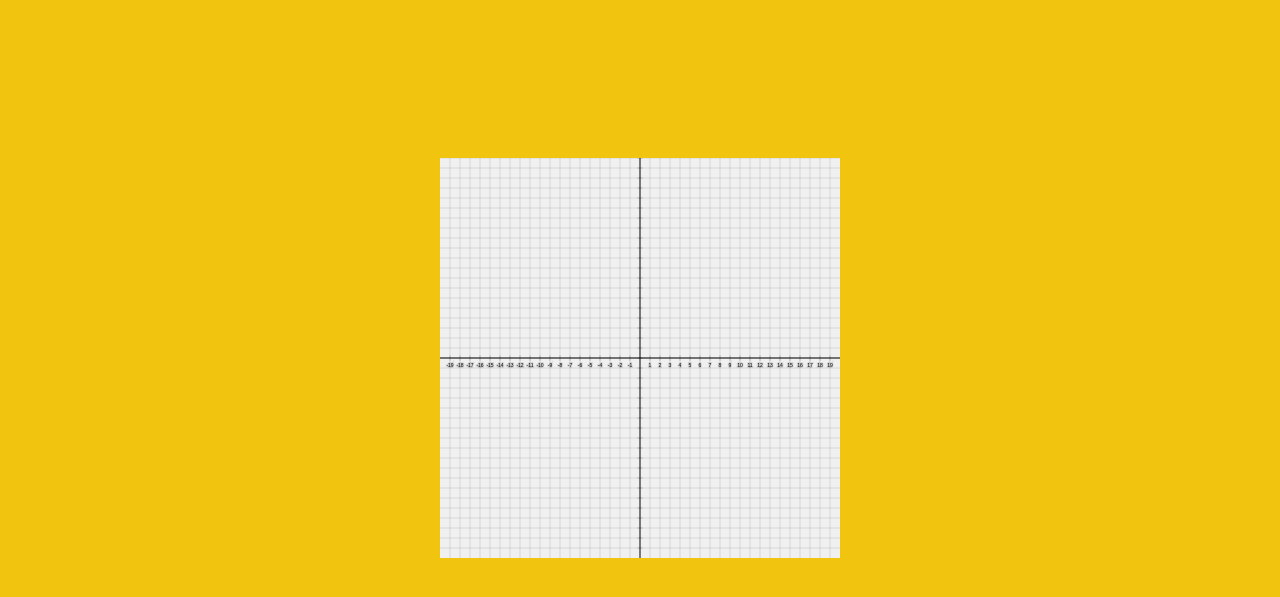
Repository: animarcus/graphing-app
Page: index.html
An editor plug-in stored every save of this project. The page is shown before and after a run of saves, followed by the edit.
The browser window is 1280 px wide. The pictures show the whole page.
Some web libraries are served in a nearby version.

Above is the page before, as saved 2020-09-26 19:50:32.

After the next 2 saves:
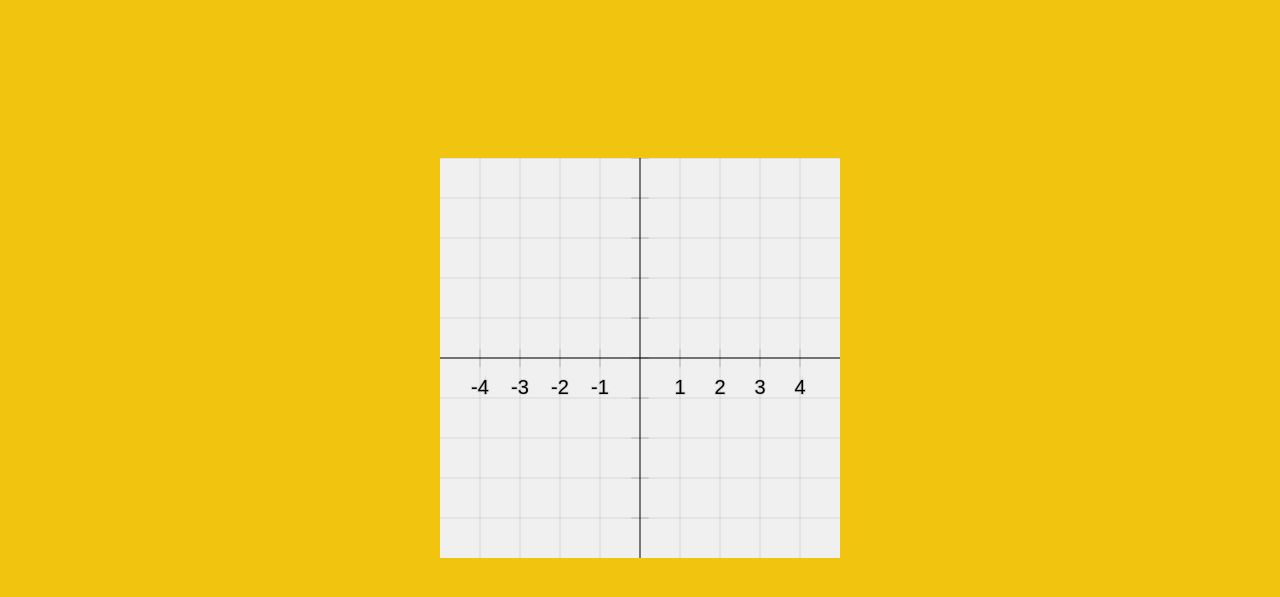
The 2 saves are shown as one change because they came seconds apart.
The last was saved 7 s later.
--- a/js/sketch.js
+++ b/js/sketch.js
@@ -1,7 +1,7 @@
 
 let canvasW = 400;
 let canvasH = 400;
-let cellW = 10;
+let cellW = 40;
 
 function setup() {
   let canvas = createCanvas(canvasW,canvasH);

After the 2 saves that followed:
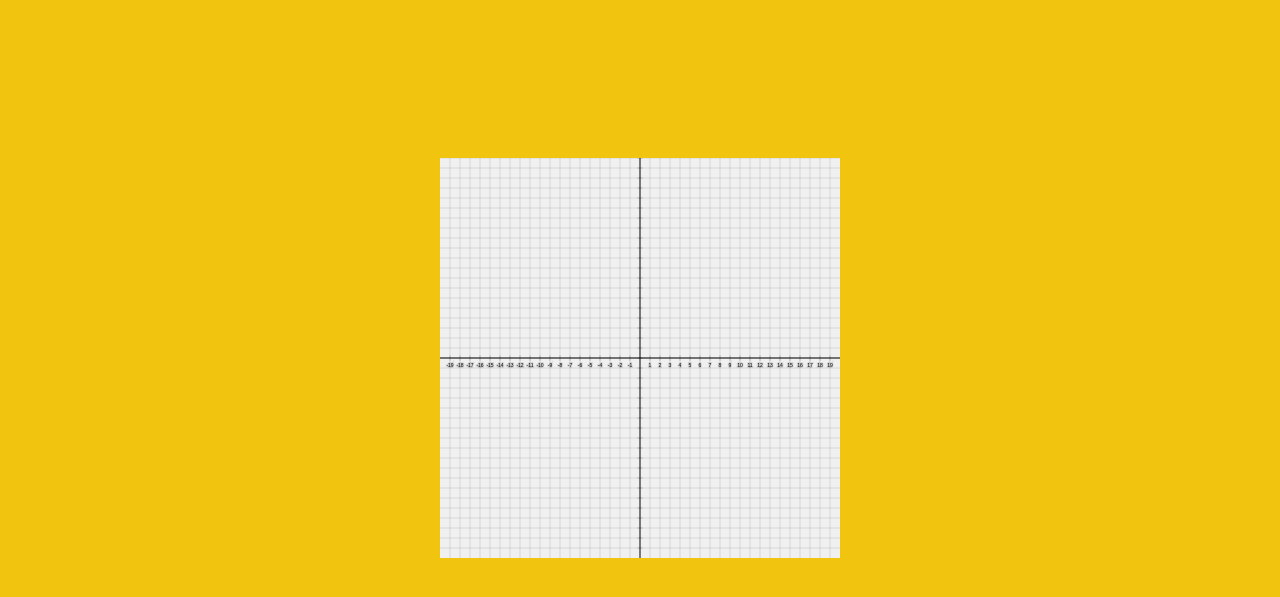
The 2 saves are shown as one change because they came seconds apart.
The last was saved 28 s later.
--- a/js/sketch.js
+++ b/js/sketch.js
@@ -1,7 +1,7 @@
 
 let canvasW = 400;
 let canvasH = 400;
-let cellW = 40;
+let cellW = 10;
 
 function setup() {
   let canvas = createCanvas(canvasW,canvasH);
@@ -19,7 +19,7 @@
     if (x === -canvasW/2 || x === canvasW/2 || x === 0) {
       continue;
     }
-    let currentX = x/cellW;
+    let currentX = round(x/cellW);
     strokeWeight(1);
     line(x, -canvasH/2, x, canvasH/2);
     strokeWeight(2);
